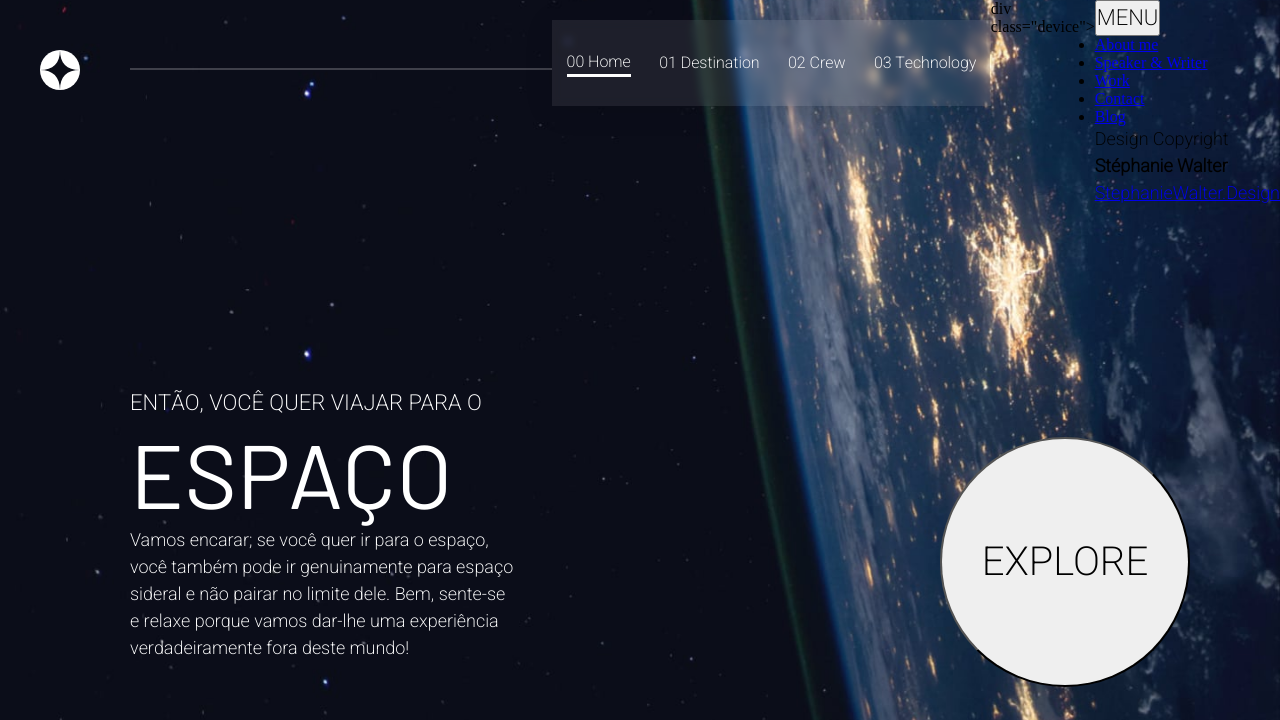
Repository: Leonngc/space-site
Page: space-tourism-website-main/space-tourism-website-main/starter-code/index.html
The author's editor kept a copy of each file at every save. The page is drawn from the files as they stood at one save, then again after the next save.
The browser window is 1280 px wide. The pictures show the whole page.
Some web libraries are served in a nearby version.

Above is the page before, as saved 2023-04-29 16:38:35.

After the next save:
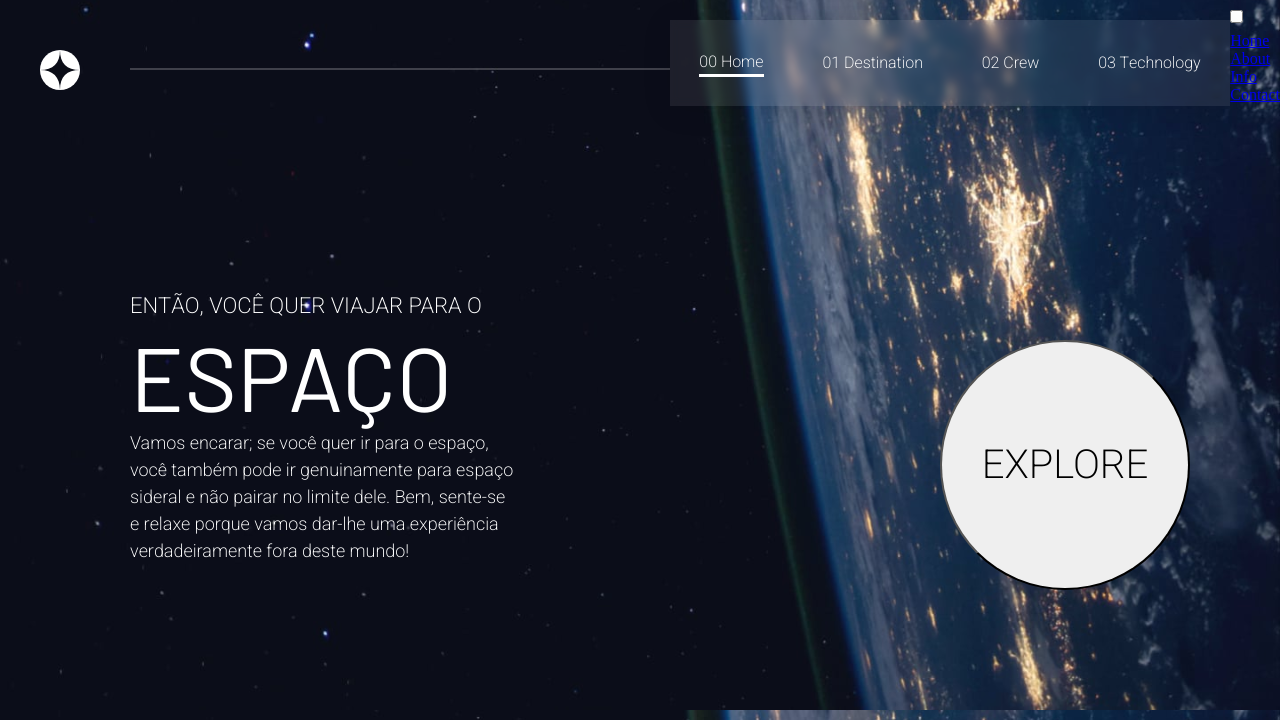
Saved 21 s later.
--- a/space-tourism-website-main/space-tourism-website-main/starter-code/index.html
+++ b/space-tourism-website-main/space-tourism-website-main/starter-code/index.html
@@ -27,34 +27,27 @@
 
 
 
-div class="device">
-	<div class="container">
-		<button id="burger" class="open-main-nav">
-			<span class="burger"></span>
-			<span class="burger-text">Menu</span>
-		</button>
-		<nav cla<ss="main-nav" id="main-nav">
-			<ul>
-				<li>
-					<a href="#">About me</a>
-				</li>
-				<li>
-					<a href="#">Speaker &amp; Writer</a>
-				</li>
-				<li>
-					<a href="#">Work</a>
-				</li>
-				<li>
-					<a href="#">Contact</a>
-				</li>
-				<li>
-					<a href="#">Blog</a>
-				</li>
-			</ul>
-		</nav>
-		<p class="notice">Design Copyright <strong>Stéphanie Walter</strong><br><a href="https://stephaniewalter.design/" target="_blank">StephanieWalter.Design</a></p>
-	</div>
-</div>
+    <div class="container">
+      <div class="phone">
+        <div class="content">
+
+          <nav role="navigation">
+            <div id="menuToggle">
+              <input type="checkbox" />
+                <span></span>
+                <span></span>
+                <span></span>
+            <ul id="menu">
+              <li><a href="#">Home</a></li>
+              <li><a href="#">About</a></li>
+              <li><a href="#">Info</a></li>
+              <li><a href="#">Contact</a></li>
+            </ul>
+           </div>
+          </nav>
+        </div>
+       </div>
+    </div>
   </header>
 
 <div class="container-button">
